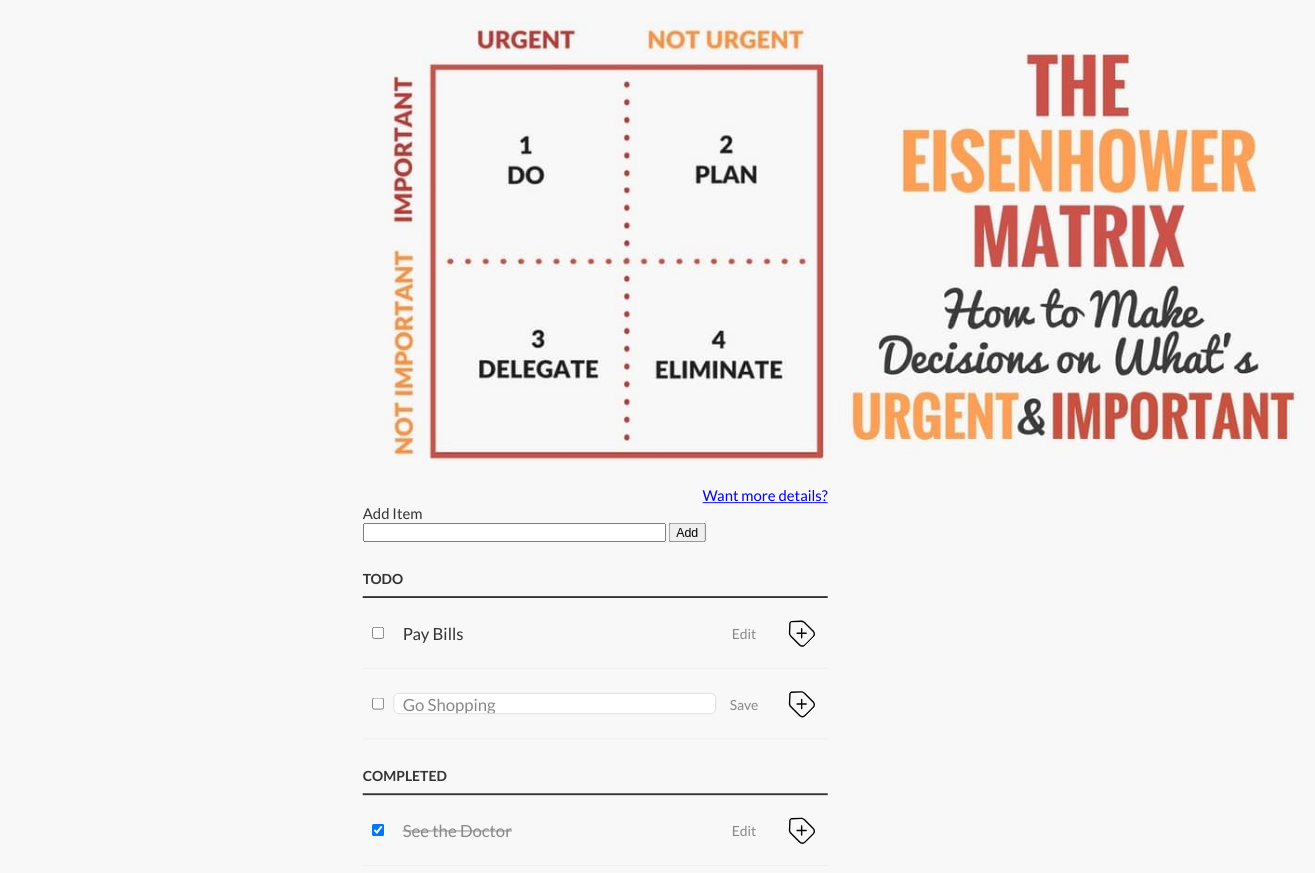
Repository: dev1siWoo/clean-code-s1e1
Page: index.html
The author's editor kept a copy of each file at every save. The page is drawn from the files as they stood at one save, then again after the next save.
The browser window is 1280 px wide. The page is 1414 px wide, so the pictures cover 1414 px, including what lies to the right of the window. The pictures show the whole page, at 93% of full size.

Above is the page before, as saved 2024-01-08 23:14:54.
Console error: TypeError: Cannot set properties of null (setting 'onclick')

After the next save:
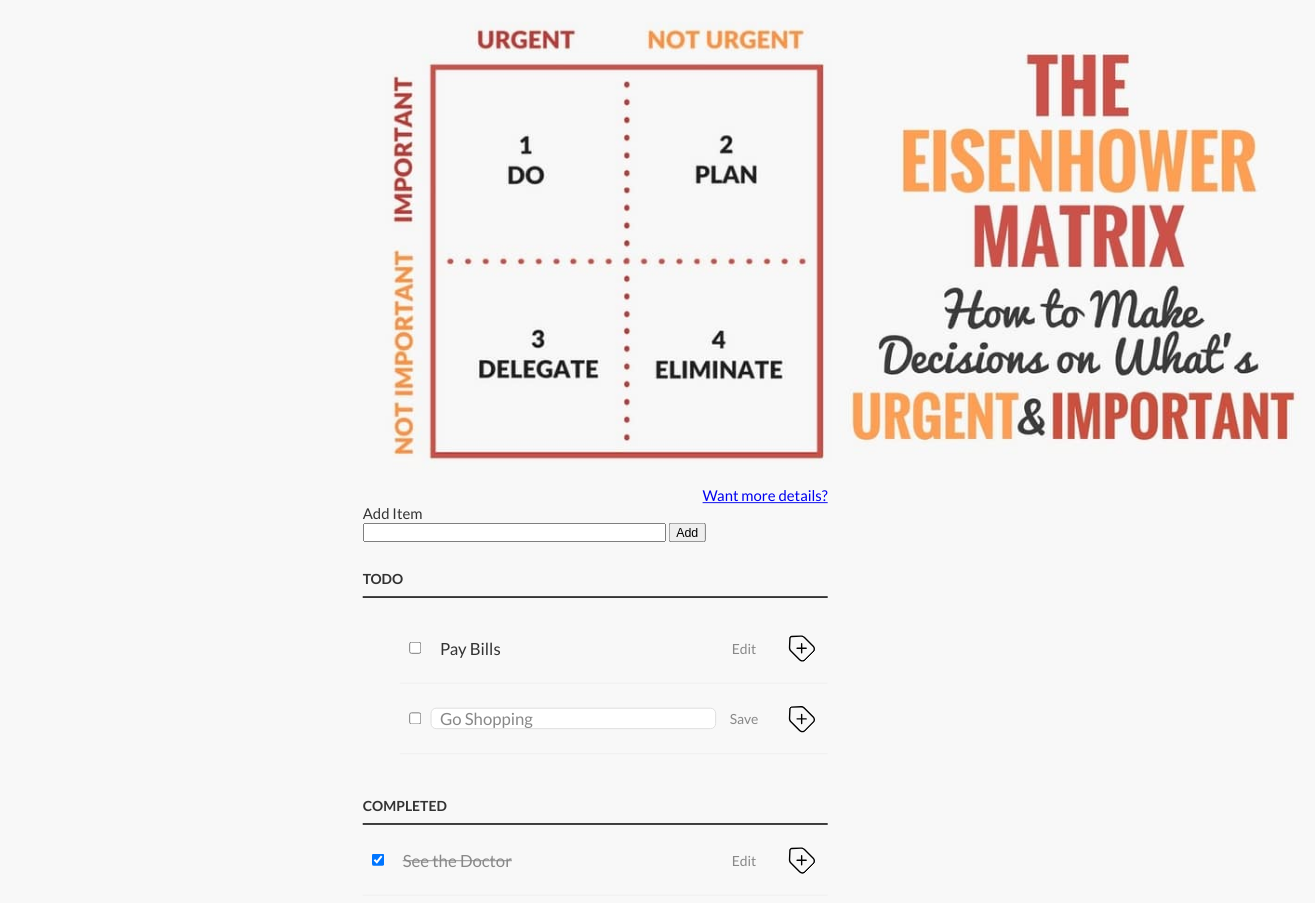
Saved 14 s later.
--- a/index.html
+++ b/index.html
@@ -27,7 +27,7 @@
                 </div>
             </section>
             <h2 class="subtitle">Todo</h2>
-            <ul id="incomplete-tasks" class="list">
+            <ul id="incomplete-tasks" class="task-list">
                 <li class="list-item">
                     <input class="input" type="checkbox">
                     <label class="label task">Pay Bills</label>
